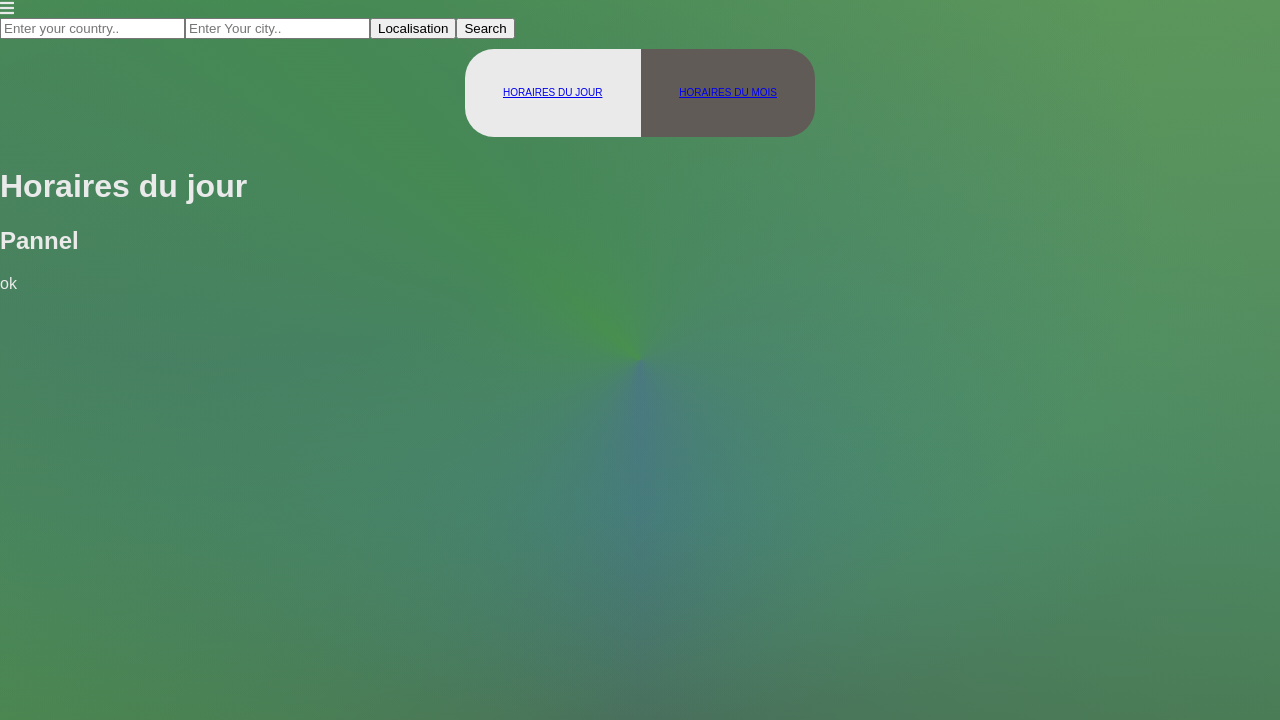
Repository: Lhourquin/Repo-Developpement-React-Prayer-Times
Page: /
The author's editor kept a copy of each file at every save. The page is drawn from the files as they stood at one save, then again after the next save.
The browser window is 1280 px wide. The pictures show the whole page.
The page's requests for data from a server got no answer. The project was rebuilt for these pictures with package versions that can differ from the ones it lists, and the page was loaded fresh each time. No one was signed in, and anything a server would have sent is missing. Also part of the build but not shown: src/components/search-bar/searchbar.css, src/components/calendar-list/row-list.css, src/components/calendar-list/row-list.component.jsx, src/components/Calendar.js, src/components/day-list/horaireslist.css, src/components/time-table-pannel/pannel.css, src/components/DateNow.js.

Above is the page before, as saved 2022-01-29 08:53:19.

After the next save:
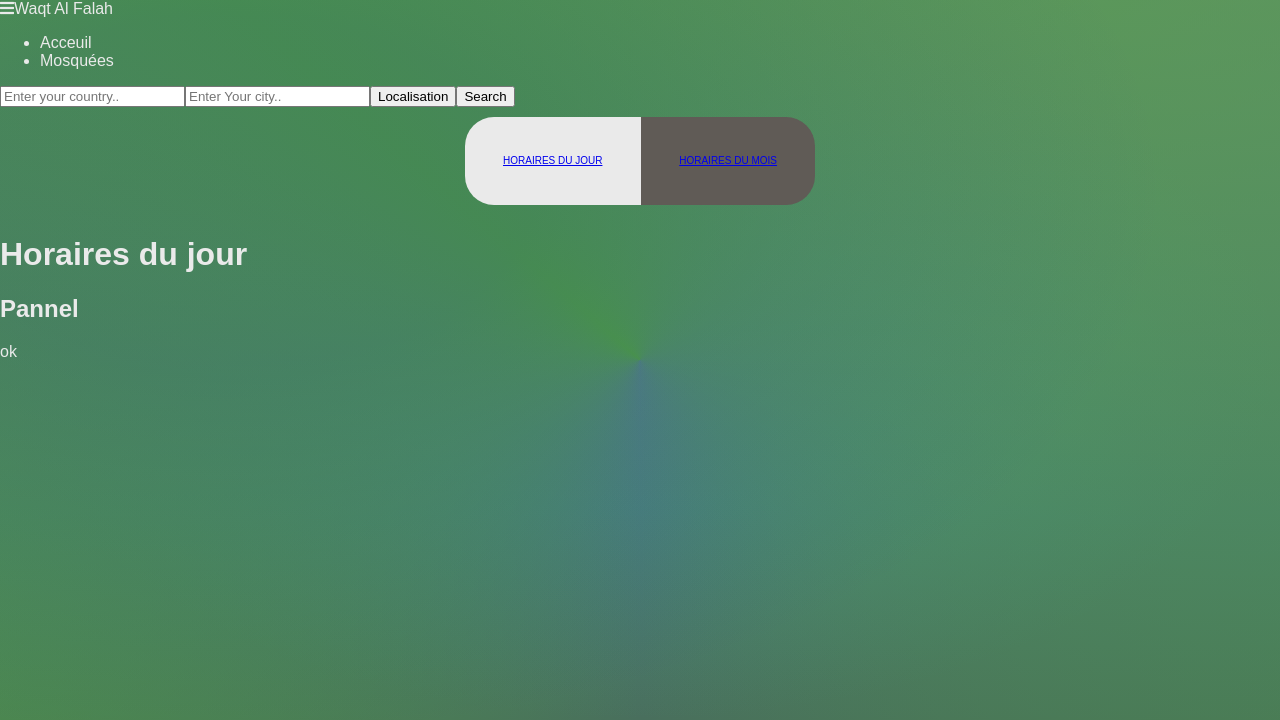
Saved 98 s later.
--- a/src/components/navbar/NavBar.js
+++ b/src/components/navbar/NavBar.js
@@ -5,6 +5,12 @@ export const NavBar = () => {
     return (
         <nav>
             			<i className="fas fa-bars web-font button-burger"></i>
+                        <span>Waqt Al Falah</span>
+                        <ul>
+                            <li>Acceuil</li>
+                            <li>Mosquées</li>
+
+                        </ul>
         </nav>
     )
 }
